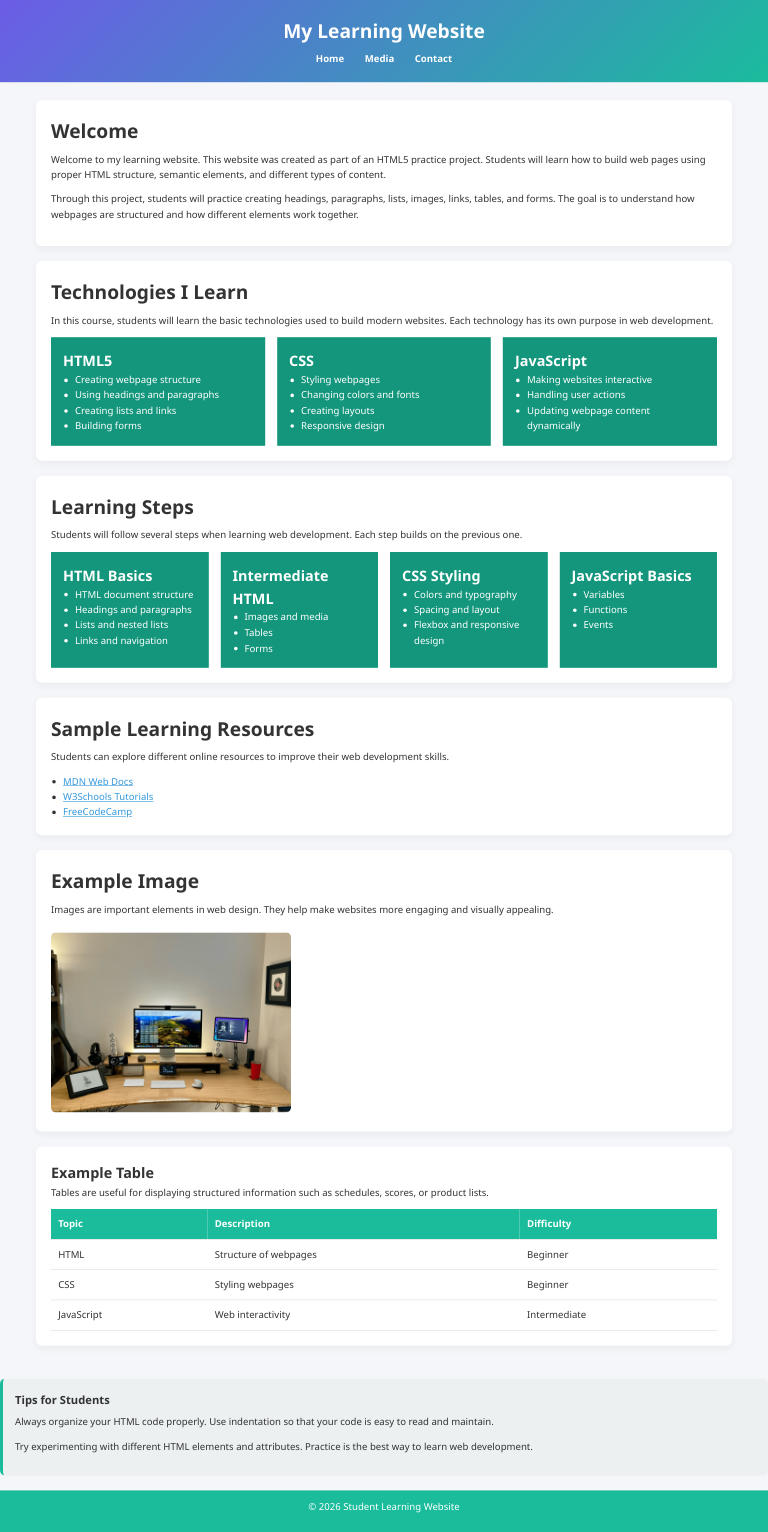
Repository: Than-sothearak/web_client_programing
Page: Week_03/index.html
An editor plug-in stored every save of this project. The page is shown before and after the next save, followed by the edit.
The browser window is 1280 px wide. The pictures show the whole page, at 60% of full size.

Above is the page before, as saved 2026-03-24 21:37:20.

After the next save:
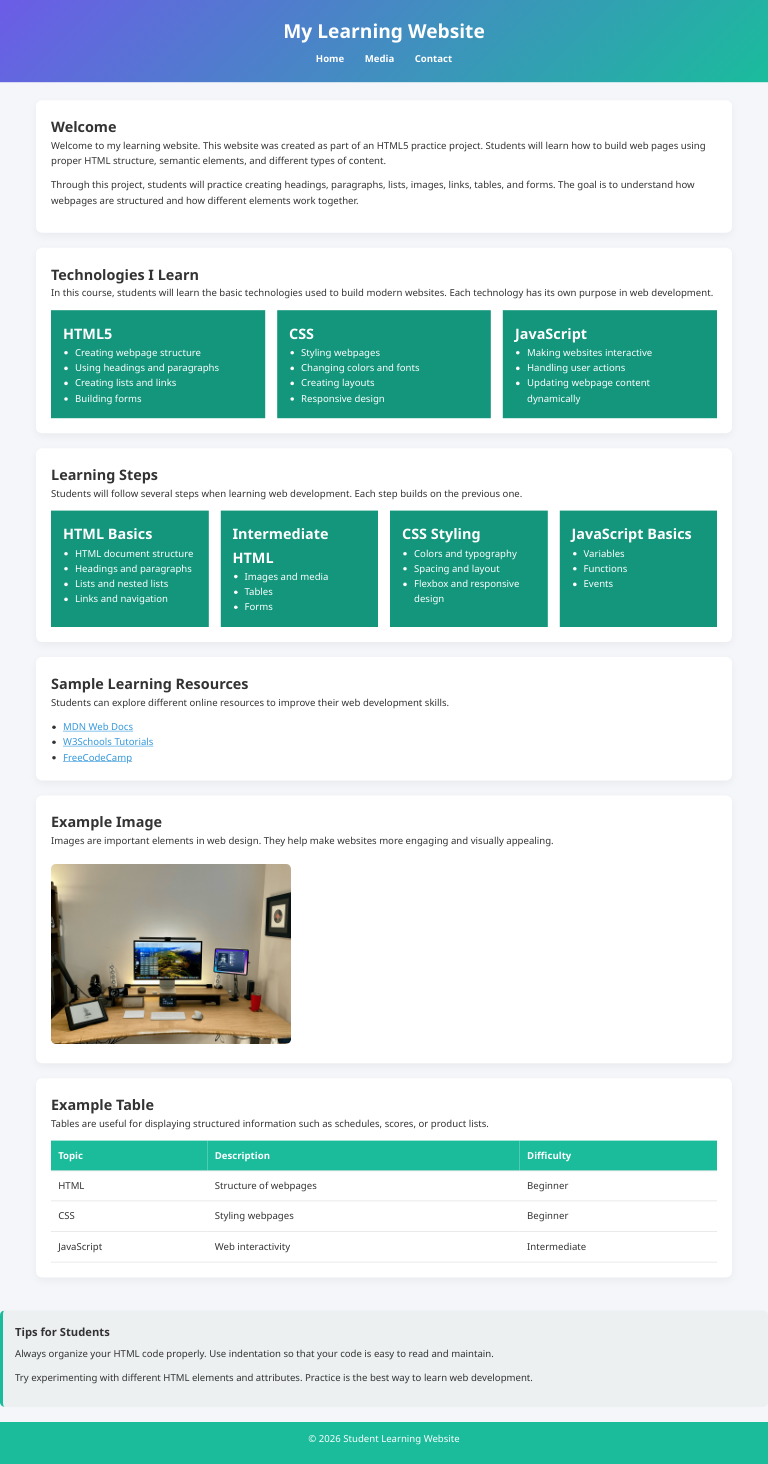
Saved 27 s later.
--- a/Week_03/index.html
+++ b/Week_03/index.html
@@ -22,7 +22,7 @@
     <main>
       <section>
         <article>
-          <h1>Welcome</h1>
+          <h2>Welcome</h2>
 
           <p>
             Welcome to my learning website. This website was created as part of
@@ -41,7 +41,7 @@
       </section>
 
       <section>
-        <h1>Technologies I Learn</h1>
+        <h2>Technologies I Learn</h2>
 
         <p>
           In this course, students will learn the basic technologies used to
@@ -82,7 +82,7 @@
       </section>
 
       <section>
-        <h1>Learning Steps</h1>
+        <h2>Learning Steps</h2>
 
         <p>
           Students will follow several steps when learning web development. Each
@@ -130,7 +130,7 @@
       </section>
 
       <section>
-        <h1>Sample Learning Resources</h1>
+        <h2>Sample Learning Resources</h2>
 
         <p>
           Students can explore different online resources to improve their web
@@ -159,7 +159,7 @@
       </section>
 
       <section>
-        <h1>Example Image</h1>
+        <h2>Example Image</h2>
 
         <p>
           Images are important elements in web design. They help make websites
